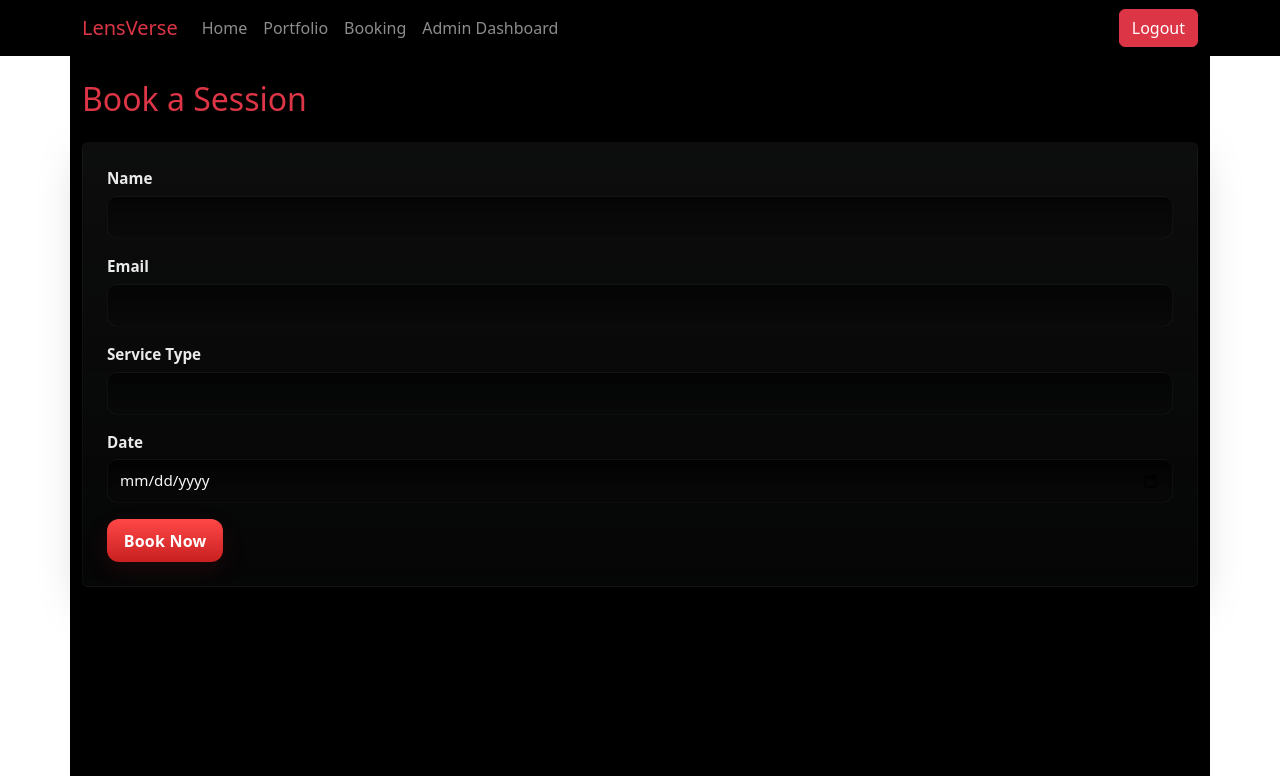
Repository: adithyakiran47/lensverseproject
Page: /booking (app in lensverse-client/)
The author's editor kept a copy of each file at every save. The page is drawn from the files as they stood at one save, then again after the next save.
The browser window is 1280 px wide. The pictures show the whole page.
The project was rebuilt for these pictures with package versions that can differ from the ones it lists, and the page was loaded fresh each time. Also part of the build but not shown: lensverse-client/src/pages/Home.js, lensverse-client/src/pages/Portfolio.css, lensverse-client/src/pages/Portfolio.js, lensverse-client/src/pages/About.js, lensverse-client/src/pages/AdminLogin.js, lensverse-client/src/pages/AdminDashboard.js. Imported but missing from the stored project, and not drawn on this page: lensverse-client/src/reportWebVitals.

Above is the page before, as saved 2025-11-04 10:01:42.

After the next save:
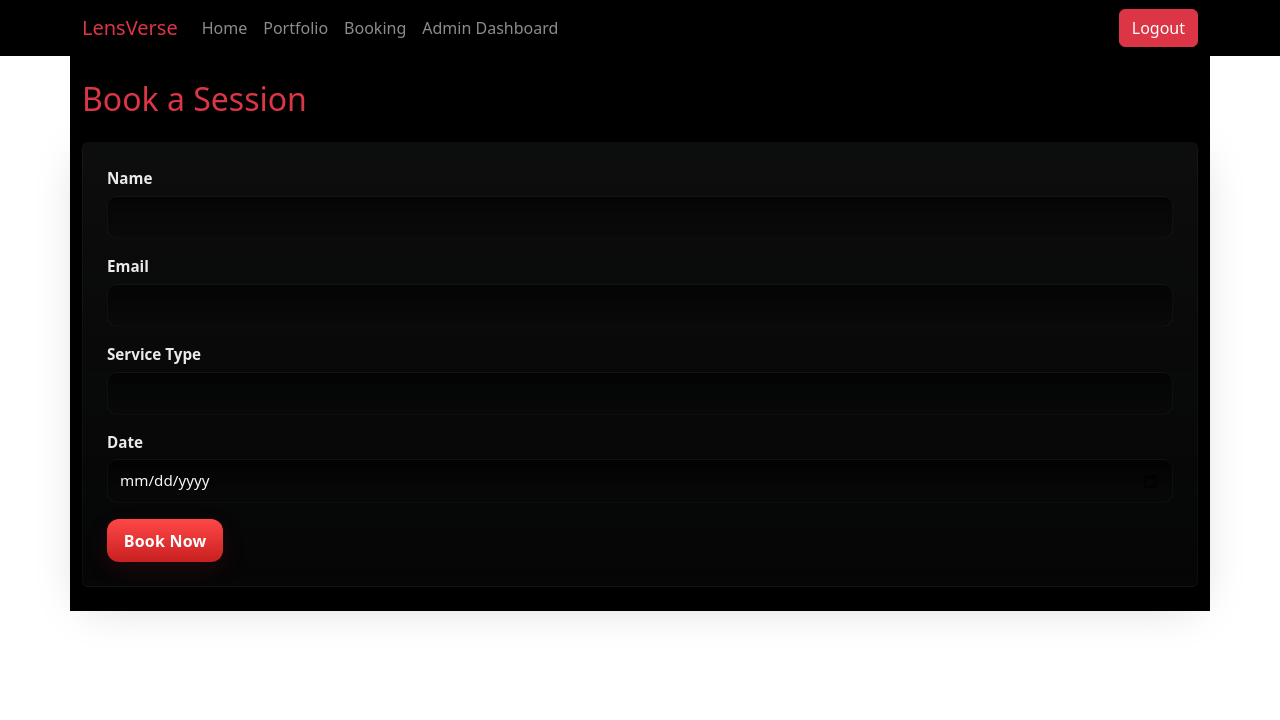
Saved 29 s later.
--- a/lensverse-client/src/pages/Booking.js
+++ b/lensverse-client/src/pages/Booking.js
@@ -25,7 +25,7 @@ const Booking = () => {
   return (
     <>
       <Navbar />
-      <div className="container py-4 bg-black text-white min-vh-100">
+      <div className="container py-4 bg-black text-white ">
         <h2 className="text-danger mb-4">Book a Session</h2>
         {message && <div className="alert alert-success">{message}</div>}
         <form onSubmit={handleSubmit} className="bg-dark p-4 rounded shadow-lg">
